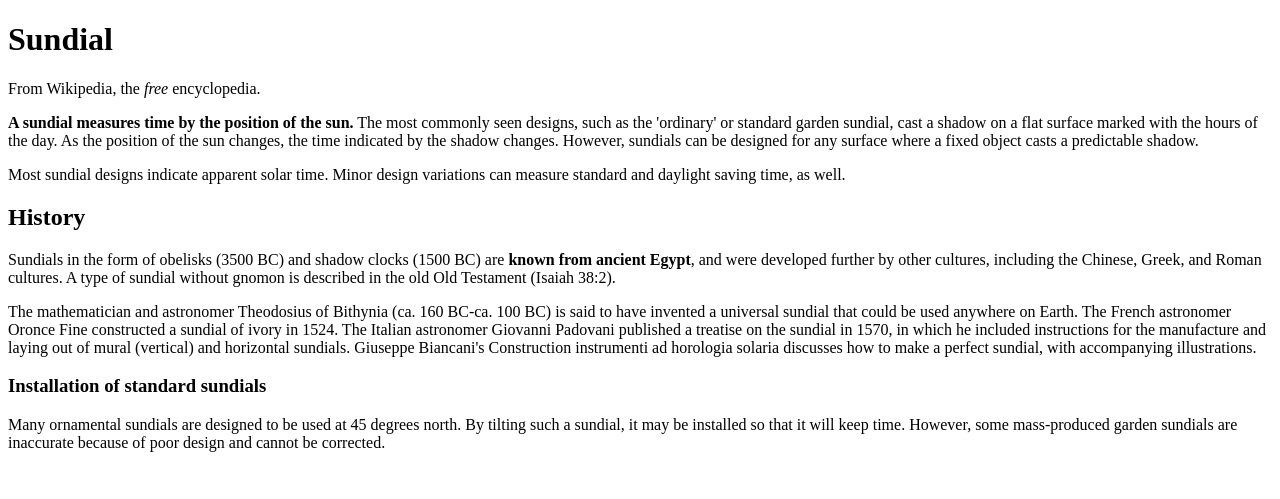
Repository: 9-5-pursuit/lab-intro-to-html
Page: sundial.html
The author's editor kept a copy of each file at every save. The page is drawn from the files as they stood at one save, then again after a run of saves.
The browser window is 1280 px wide. The pictures show the whole page.

Above is the page before, as saved 2023-02-27 21:33:50.

After the next 2 saves:
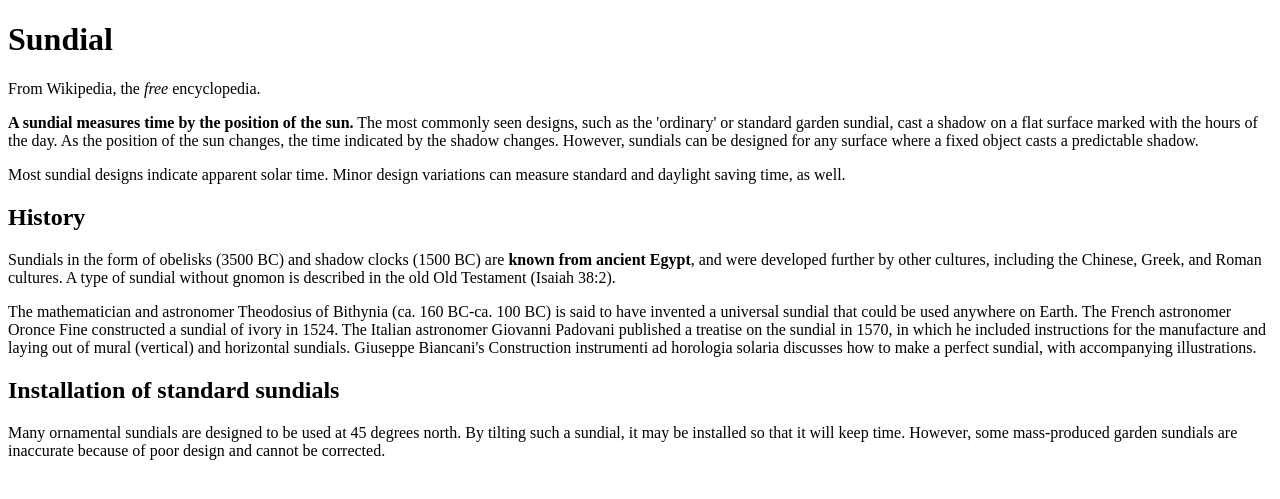
The 2 saves are shown as one change because they came seconds apart.
The last was saved 9 min 59 s later.
--- a/sundial.html
+++ b/sundial.html
@@ -44,7 +44,7 @@
         accompanying illustrations.
       </p>
       <span>
-        <h3>Installation of standard sundials</h3>
+        <h2>Installation of standard sundials</h2>
       </span>
       <p>
         Many ornamental sundials are designed to be used at 45 degrees north. By
